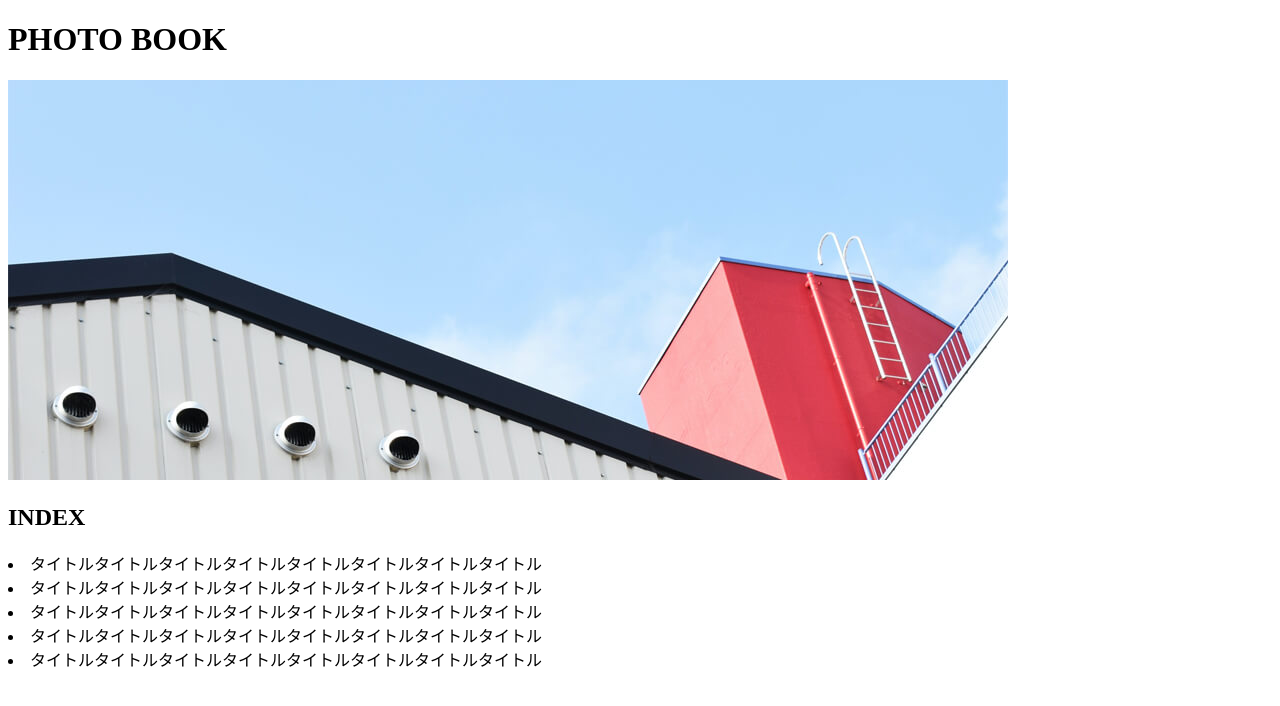
Repository: daytime/LP-study
Page: photo_book/index.html
The author's editor kept a copy of each file at every save. The page is drawn from the files as they stood at one save, then again after the next save.
The browser window is 1280 px wide. The pictures show the whole page.

Above is the page before, as saved 2025-01-28 12:42:30.

After the next save:
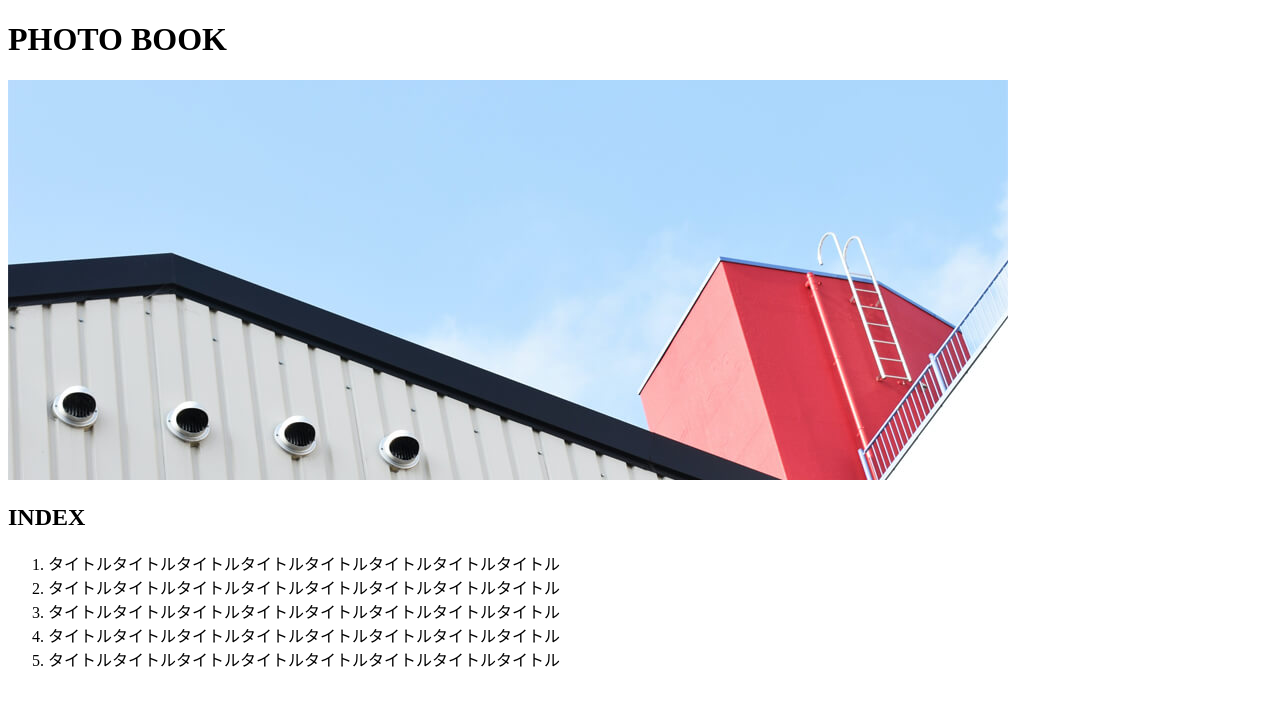
Saved 5 min 29 s later.
--- a/photo_book/index.html
+++ b/photo_book/index.html
@@ -13,7 +13,7 @@
     <aside>
       <nav>
         <h2>INDEX</h2>
-        <oi number="1">
+        <ol number="1">
           <li>
             タイトルタイトルタイトルタイトルタイトルタイトルタイトルタイトル
           </li>
@@ -29,7 +29,7 @@
           <li>
             タイトルタイトルタイトルタイトルタイトルタイトルタイトルタイトル
           </li>
-        </oi>
+        </ol>
       </nav>
     </aside>
   </body>
